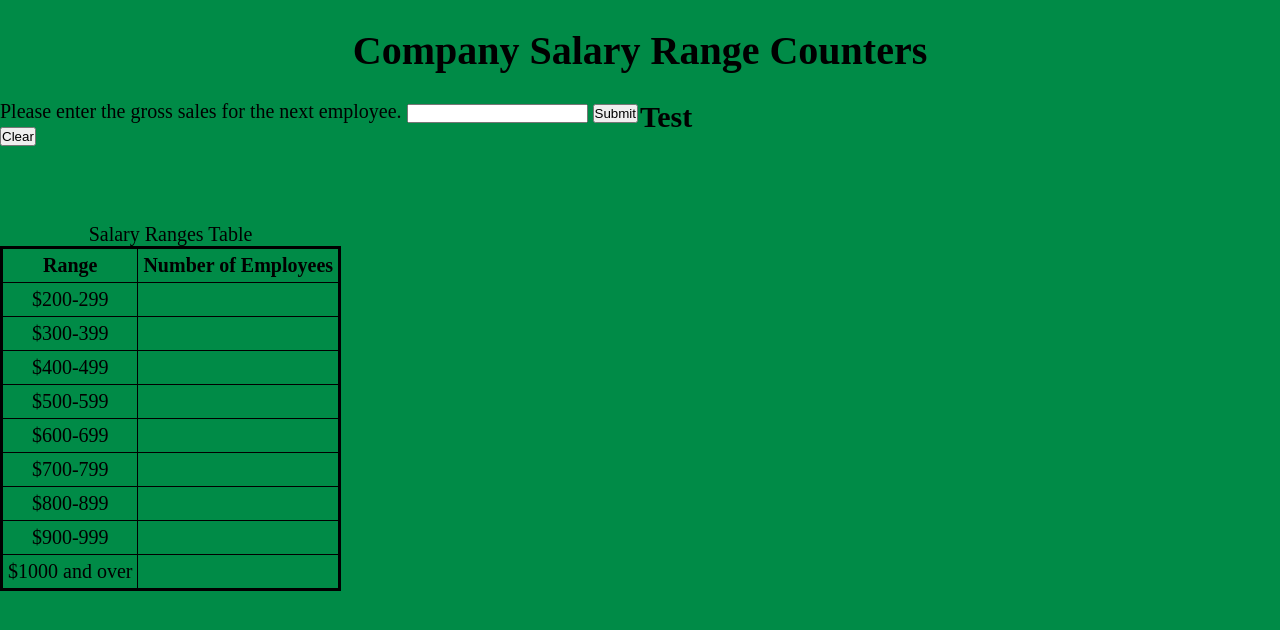
Repository: mlmEFSC21/P17-Sales-Commision
Page: sales.html
The author's editor kept a copy of each file at every save. The page is drawn from the files as they stood at one save, then again after the next save.
The browser window is 1280 px wide. The pictures show the whole page.

Above is the page before, as saved 2022-04-02 08:16:00.

After the next save:
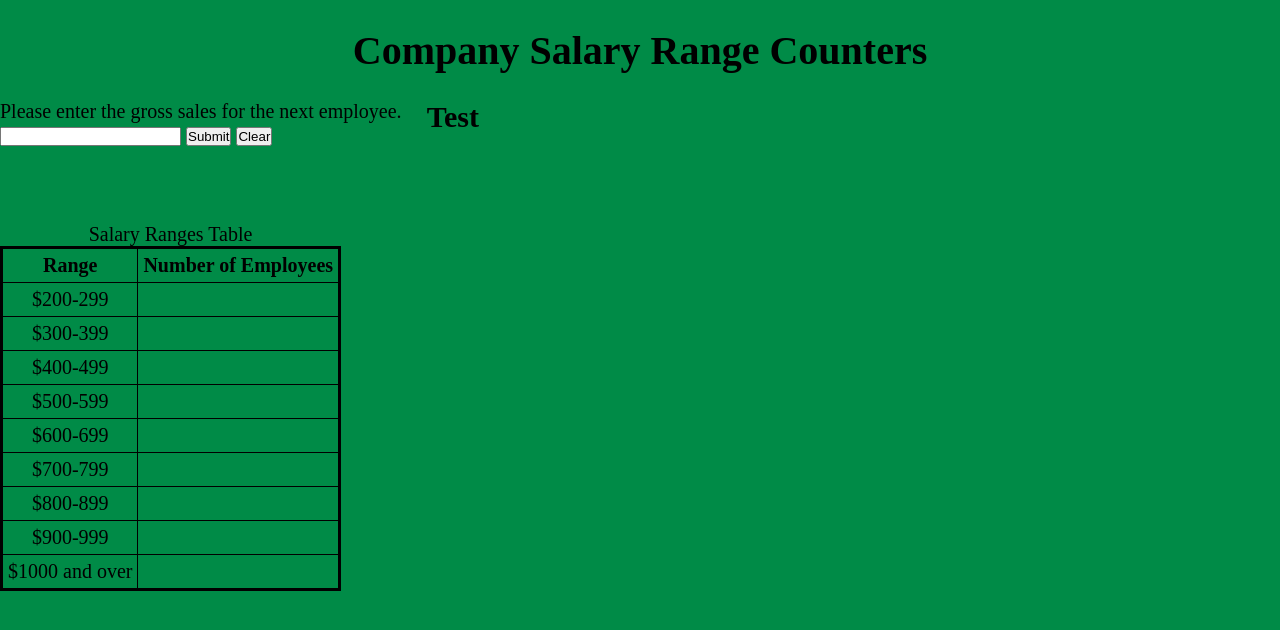
Saved 102 s later.
--- a/sales.css
+++ b/sales.css
@@ -24,7 +24,7 @@
 .mainContent {
     display: grid;
     grid-template-rows: 1fr 3fr;
-    grid-template-columns: 2fr 2fr;
+    grid-template-columns: 1fr 2fr;
 }
 .tableContainer {
     grid-column: 1/2;

After the save that followed:
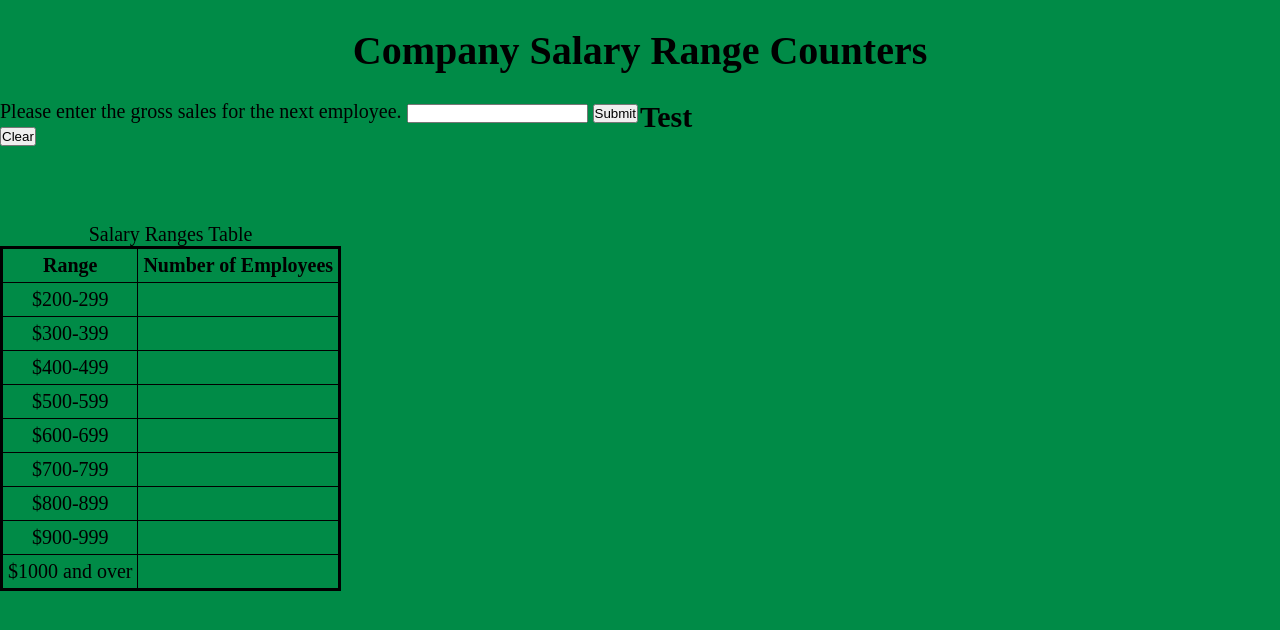
Saved 13 s later.
--- a/sales.css
+++ b/sales.css
@@ -24,7 +24,7 @@
 .mainContent {
     display: grid;
     grid-template-rows: 1fr 3fr;
-    grid-template-columns: 1fr 2fr;
+    grid-template-columns: 2fr 2fr;
 }
 .tableContainer {
     grid-column: 1/2;
